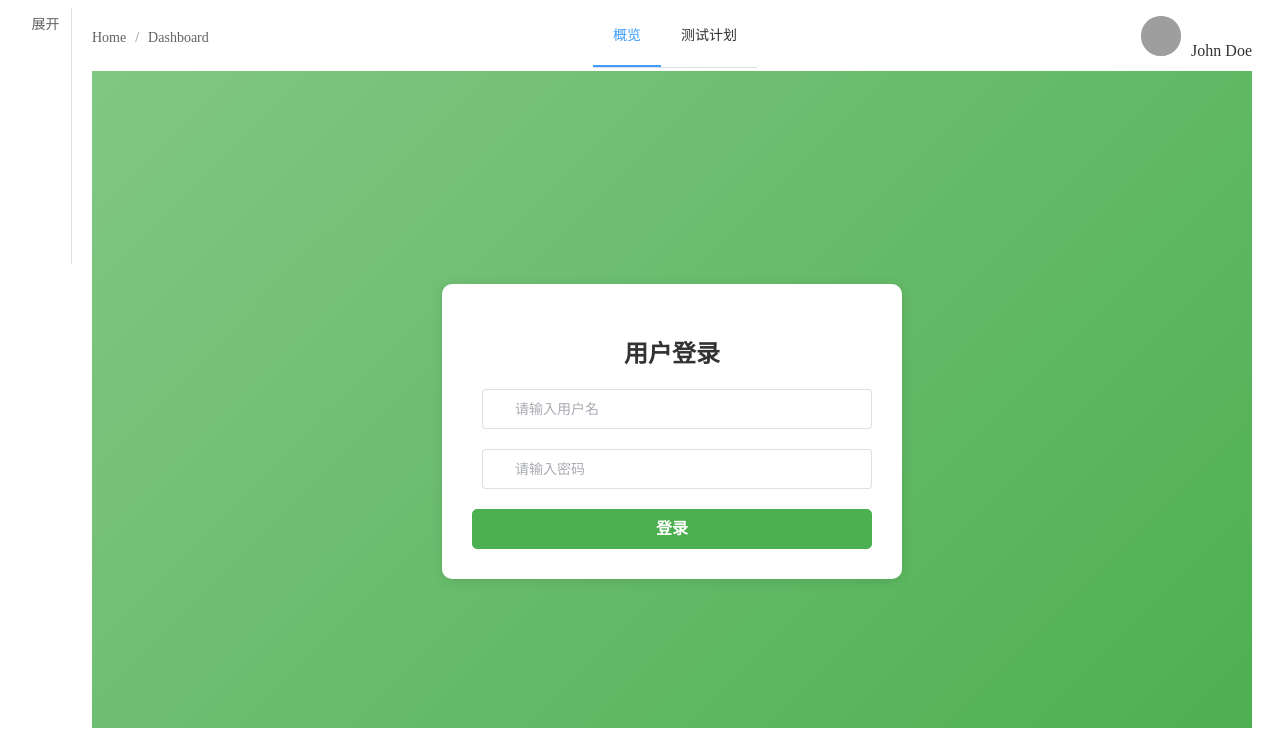
Repository: IsHexx/VerityX
Page: /login (app in front/)
An editor plug-in stored every save of this project. The page is shown before and after the next save, followed by the edit.
The browser window is 1280 px wide. The pictures show the whole page.
Pictures or frames that could not be fetched are drawn as grey boxes. An inner scrolling area shows only its first screen. The project was rebuilt for these pictures with package versions that can differ from the ones it lists, and the page was loaded fresh each time. Also part of the build but not shown: front/vue.config.js, front/src/views/TestManage/TestPlanPage.vue, front/src/views/TestManage/OverviewPage.vue, front/src/views/ApiTest/ApiManagePage.vue.

Above is the page before, as saved 2024-10-14 09:51:44.

After the next save:
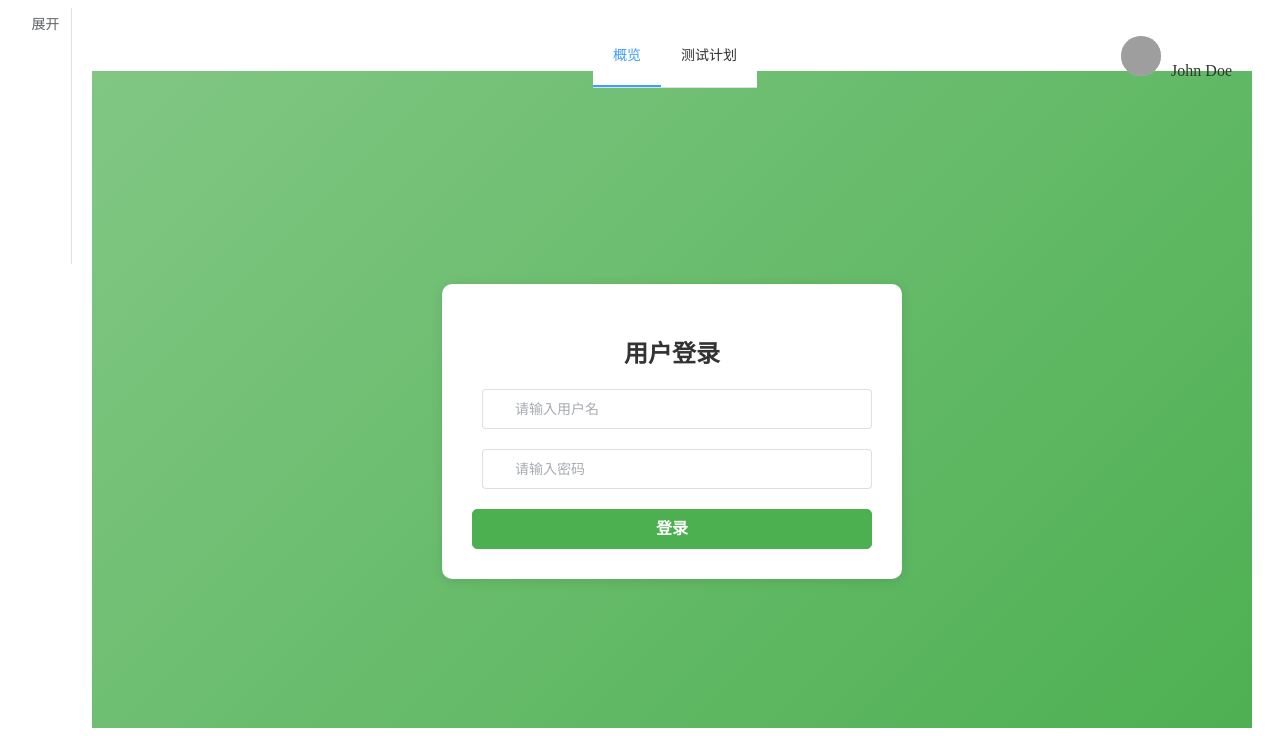
Saved 7 s later.
--- a/front/src/App.vue
+++ b/front/src/App.vue
@@ -72,7 +72,7 @@ export default {
   background-color: #fff;
   height: 6%; /* Main 高度等于视口高度减去 Header 的高度 */
   margin-top: 0px;
-  padding: 0px;
+  padding: 20px;
 }
 
 .common-layout > .el-container > .el-container > .el-main {
